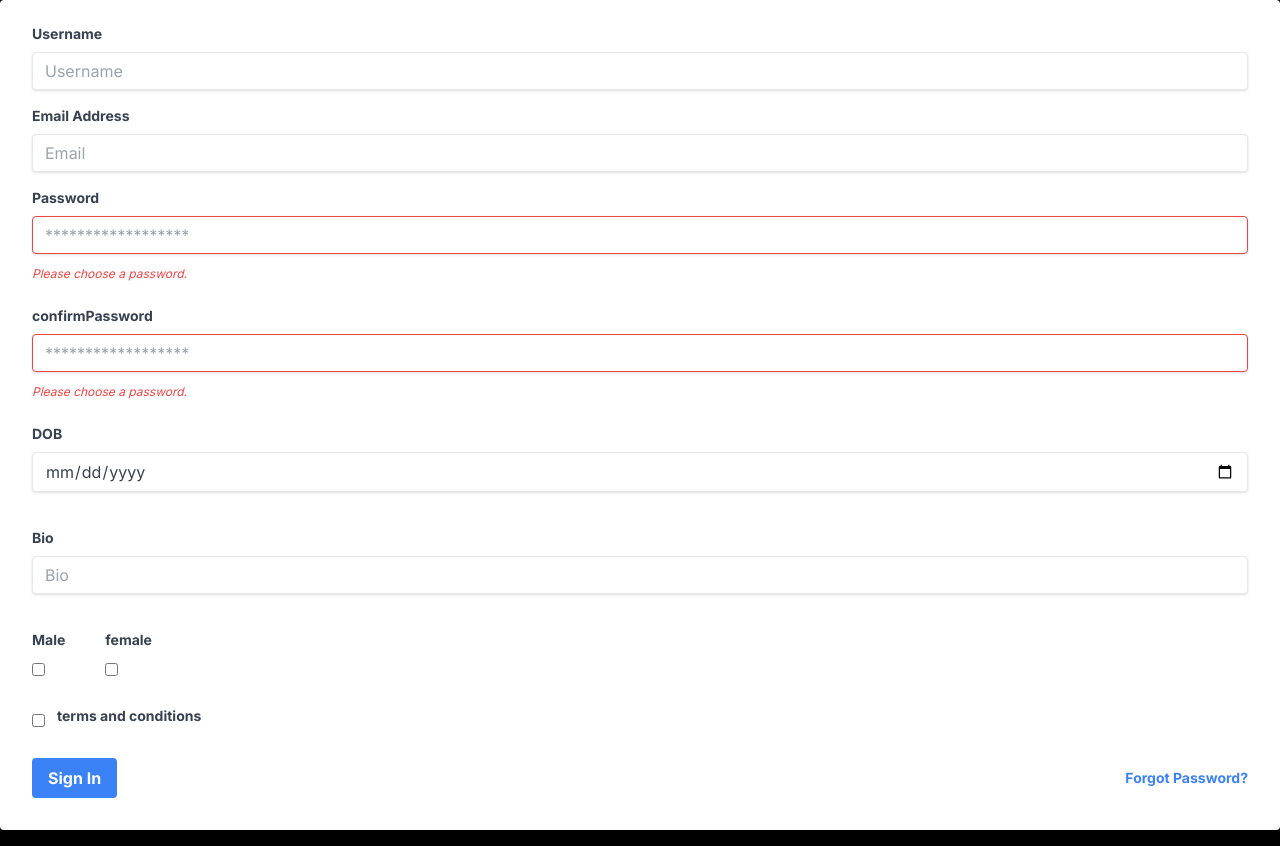
Repository: uh-sman/tiktok-card
Page: /
The author's editor kept a copy of each file at every save. The page is drawn from the files as they stood at one save, then again after the next save.
The browser window is 1280 px wide. The pictures show the whole page.
The project was rebuilt for these pictures with package versions that can differ from the ones it lists, and the page was loaded fresh each time. The framework's server and built-in components were replaced by stand-ins that run in the browser. Also part of the build but not shown: next.config.js.

Above is the page before, as saved 2023-12-19 12:59:33.

### app/page.tsx
'use client'
import Input from "./components/Input";
import { FieldValues, SubmitHandler, useForm } from "react-hook-form";
export default function Home() {
  type FormValues = {
    Username: string,
    email: string,
    password: string,
  }
  // const { register, handleSubmit, reset } = useForm<FieldValues>({
  //   defaultValues: {
  //     Username: "",
  //     email: '',
  //     password: '',
  //     confirmPassword: '',
  //     DateOfBirth: '',
  //     Bio: '',
  //     gender: '',
  //     termsAndConditions: ''
  //   }
  // })

  const { register, handleSubmit, reset } = useForm<FormValues>()
  const onSubmit: SubmitHandler<FormValues> = (data) => console.log('data',data)
  // const onSubmit: SubmitHandler<FieldValues> = (values) => {
  //   console.log('data', values)
  // }

  return (
    <div className="bg-black w-screen flex justify-center items-center h-full">
      {/* <div className="flex justify-center"> */}
      <div className="flex justify-center  w-full flex-col">
      <form className="bg-white shadow-md rounded px-8 pt-6 pb-8 mb-4" onSubmit={handleSubmit(onSubmit)}>
    <div className="mb-4">
      <label className="block text-gray-700 text-sm font-bold mb-2" htmlFor="username">
        Username
      </label>
      <Input onChange={() => {}} className="shadow appearance-none border rounded w-full py-2 px-3 text-gray-700 leading-tight focus:outline-none focus:shadow-outline" id="username" type="text" placeholder="Username" />
    </div>
    <div className="mb-4">
      <label className="block text-gray-700 text-sm font-bold mb-2" htmlFor="Email">
        Email Address
      </label>
      <Input onChange={() => {}} className="shadow appearance-none border rounded w-full py-2 px-3 text-gray-700 leading-tight focus:outline-none focus:shadow-outline" id="email" type="email" placeholder="Email" />
    </div>
    <div className="mb-6">
      <label className="block text-gray-700 text-sm font-bold mb-2" htmlFor="Password">
        Password
      </label>
      <Input onChange={() => {}} className="shadow appearance-none border border-red-500 rounded w-full py-2 px-3 text-gray-700 mb-3 leading-tight focus:outline-none focus:shadow-outline" id="password" type="password" placeholder="******************" />
      <p className="text-red-500 text-xs italic">Please choose a password.</p>
    </div>
    <div className="mb-6">
      <label className="block text-gray-700 text-sm font-bold mb-2" htmlFor="conFirmPassword">
        confirmPassword
      </label>
      <Input onChange={() => {}} className="shadow appearance-none border border-red-500 rounded w-full py-2 px-3 text-gray-700 mb-3 leading-tight focus:outline-none focus:shadow-outline" id="confirmPassword" type="password" placeholder="******************" />
      <p className="text-red-500 text-xs italic">Please choose a password.</p>
    </div>
    <div className="mb-6">
      <label className="block text-gray-700 text-sm font-bold mb-2" htmlFor="password">
        DOB
      </label>
      <Input onChange={() => {}} className="shadow appearance-none border rounded w-full py-2 px-3 text-gray-700 mb-3 leading-tight focus:outline-none focus:shadow-outline" id="DateOfBirth" type="date" placeholder="DOB" />
      {/* <p className="text-red-500 text-xs italic">Please confirm your password.</p> */}
    </div>
    <div className="mb-6">
      <label className="block text-gray-700 text-sm font-bold mb-2" htmlFor="password">
        Bio
      </label>
      <Input onChange={() => {}} className="shadow appearance-none border rounded w-full py-2 px-3 text-gray-700 mb-3 leading-tight focus:outline-none focus:shadow-outline" id="Bio" type="text" placeholder="Bio" />
      {/* <p className="text-red-500 text-xs italic">Please confirm your password.</p> */}
    </div>
    <div className="mb-6">
      <div className="flex gap-10">
        <div className="">
        <label className="block text-gray-700 text-sm font-bold mb-2" htmlFor="gender">
        Male
      </label>
      <Input onChange={() => {}} className="" id="male" type="checkbox" placeholder="male" />
        </div>
        <div className="">
          <label className="block text-gray-700 text-sm font-bold mb-2" htmlFor="gender">
            female
          </label>
      <Input className="" onChange={() => {}}  id="female" type="checkbox" placeholder="female" />
        </div>
      </div>
    </div>
    <div className="mb-6 flex items-center gap-x-3">
      <Input onChange={() => {}} className="" id="terms" type="checkbox" placeholder="terms and conditions" />
      <label className="block text-gray-700 text-sm font-bold mb-2" htmlFor="password">
        terms and conditions
      </label>
      {/* <p className="text-red-500 text-xs italic">Please confirm your password.</p> */}
    </div>
    <div className="flex items-center justify-between">
      <button className="bg-blue-500 hover:bg-blue-700 text-white font-bold py-2 px-4 rounded focus:outline-none focus:shadow-outline" type="button">
        Sign In
      </button>
      <a className="inline-block align-baseline font-bold text-sm text-blue-500 hover:text-blue-800" href="#">
        Forgot Password?
      </a>
    </div>
  </form>

      </div>
      {/* </div> */}
    </div>
  );
}



{/* <form class="max-w-sm mx-auto">
  <div class="mb-5">
    <label for="email" class="block mb-2 text-sm font-medium text-gray-900 dark:text-white">Your email</label>
    <input type="email" id="email" class="bg-gray-50 border border-gray-300 text-gray-900 text-sm rounded-lg focus:ring-blue-500 focus:border-blue-500 block w-full p-2.5 dark:bg-gray-700 dark:border-gray-600 dark:placeholder-gray-400 dark:text-white dark:focus:ring-blue-500 dark:focus:border-blue-500" placeholder="name@flowbite.com" required>
  </div>
  <div class="mb-5">
    <label for="password" class="block mb-2 text-sm font-medium text-gray-900 dark:text-white">Your password</label>
    <input type="password" id="password" class="bg-gray-50 border border-gray-300 text-gray-900 text-sm rounded-lg focus:ring-blue-500 focus:border-blue-500 block w-full p-2.5 dark:bg-gray-700 dark:border-gray-600 dark:placeholder-gray-400 dark:text-white dark:focus:ring-blue-500 dark:focus:border-blue-500" required>
  </div>
  <div class="flex items-start mb-5">
    <div class="flex items-center h-5">
      <input id="remember" type="checkbox" value="" class="w-4 h-4 border border-gray-300 rounded bg-gray-50 focus:ring-3 focus:ring-blue-300 dark:bg-gray-700 dark:border-gray-600 dark:focus:ring-blue-600 dark:ring-offset-gray-800 dark:focus:ring-offset-gray-800" required>
    </div>
    <label for="remember" class="ms-2 text-sm font-medium text-gray-900 dark:text-gray-300">Remember me</label>
  </div>
  <button type="submit" class="text-white bg-blue-700 hover:bg-blue-800 focus:ring-4 focus:outline-none focus:ring-blue-300 font-medium rounded-lg text-sm w-full sm:w-auto px-5 py-2.5 text-center dark:bg-blue-600 dark:hover:bg-blue-700 dark:focus:ring-blue-800">Submit</button>
</form> */}

### app/components/Input.tsx

type InputType = "text" | "password" | "file" | "email" | 'date' | 'checkbox' | "radio"

interface InputProps {
    id: string;
    className: string;
    placeholder: string;
    type: InputType;
    onChange: (value: string, file?: File ) => void;
}

const Input: React.FC<InputProps> = ({
    id,
    className,
    placeholder,
    type,
    onChange
}) => {
    const handleChange = (event: React.ChangeEvent<HTMLInputElement>) => {
        const { value, files } = event.target;
        if (type === 'file' && files) {
            onChange(value, files[0]);
        } else {
            onChange(value);
        }
    };

    return (
        <input
            id={id}
            className={className}
            placeholder={placeholder}
            type={type}
            onChange={handleChange}
        />
    );
};


export default Input;

Loaded but not shown: app/layout.tsx (common file); app/globals.css (common file); tailwind.config.ts (common file)

After the next save:
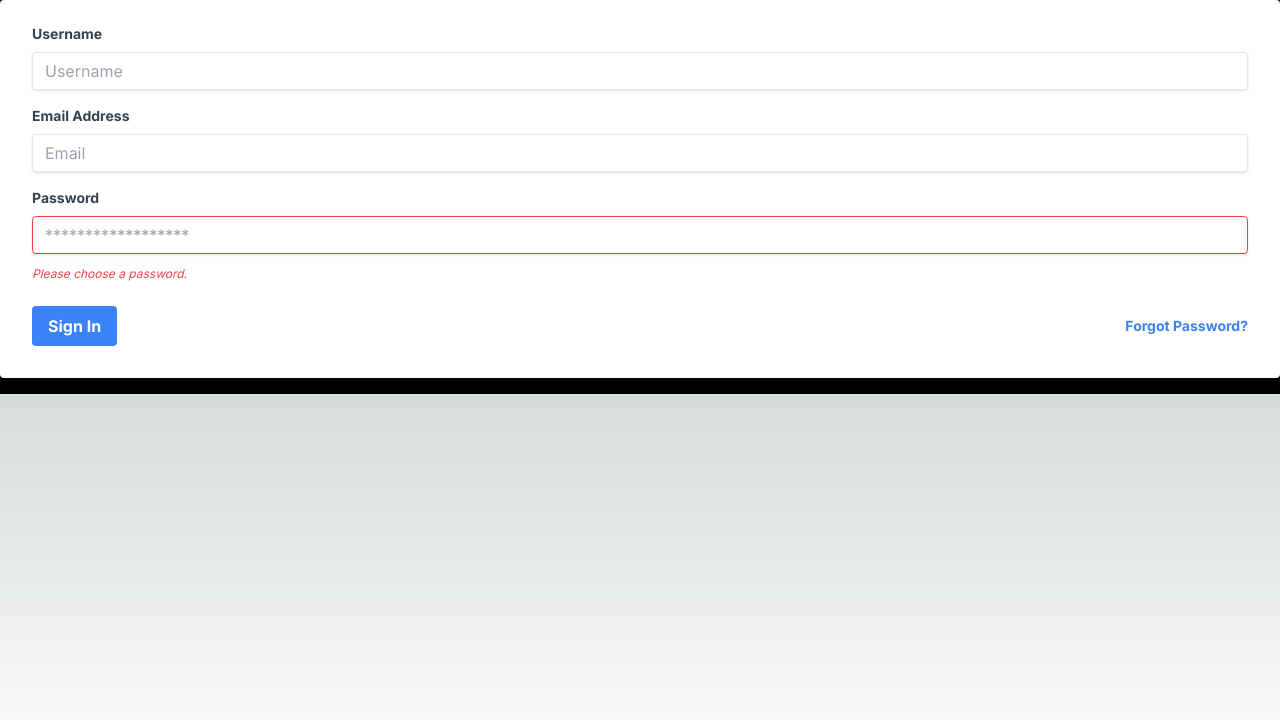
Saved 8 min 23 s later.
--- a/app/page.tsx
+++ b/app/page.tsx
@@ -50,50 +50,6 @@ export default function Home() {
       <Input onChange={() => {}} className="shadow appearance-none border border-red-500 rounded w-full py-2 px-3 text-gray-700 mb-3 leading-tight focus:outline-none focus:shadow-outline" id="password" type="password" placeholder="******************" />
       <p className="text-red-500 text-xs italic">Please choose a password.</p>
     </div>
-    <div className="mb-6">
-      <label className="block text-gray-700 text-sm font-bold mb-2" htmlFor="conFirmPassword">
-        confirmPassword
-      </label>
-      <Input onChange={() => {}} className="shadow appearance-none border border-red-500 rounded w-full py-2 px-3 text-gray-700 mb-3 leading-tight focus:outline-none focus:shadow-outline" id="confirmPassword" type="password" placeholder="******************" />
-      <p className="text-red-500 text-xs italic">Please choose a password.</p>
-    </div>
-    <div className="mb-6">
-      <label className="block text-gray-700 text-sm font-bold mb-2" htmlFor="password">
-        DOB
-      </label>
-      <Input onChange={() => {}} className="shadow appearance-none border rounded w-full py-2 px-3 text-gray-700 mb-3 leading-tight focus:outline-none focus:shadow-outline" id="DateOfBirth" type="date" placeholder="DOB" />
-      {/* <p className="text-red-500 text-xs italic">Please confirm your password.</p> */}
-    </div>
-    <div className="mb-6">
-      <label className="block text-gray-700 text-sm font-bold mb-2" htmlFor="password">
-        Bio
-      </label>
-      <Input onChange={() => {}} className="shadow appearance-none border rounded w-full py-2 px-3 text-gray-700 mb-3 leading-tight focus:outline-none focus:shadow-outline" id="Bio" type="text" placeholder="Bio" />
-      {/* <p className="text-red-500 text-xs italic">Please confirm your password.</p> */}
-    </div>
-    <div className="mb-6">
-      <div className="flex gap-10">
-        <div className="">
-        <label className="block text-gray-700 text-sm font-bold mb-2" htmlFor="gender">
-        Male
-      </label>
-      <Input onChange={() => {}} className="" id="male" type="checkbox" placeholder="male" />
-        </div>
-        <div className="">
-          <label className="block text-gray-700 text-sm font-bold mb-2" htmlFor="gender">
-            female
-          </label>
-      <Input className="" onChange={() => {}}  id="female" type="checkbox" placeholder="female" />
-        </div>
-      </div>
-    </div>
-    <div className="mb-6 flex items-center gap-x-3">
-      <Input onChange={() => {}} className="" id="terms" type="checkbox" placeholder="terms and conditions" />
-      <label className="block text-gray-700 text-sm font-bold mb-2" htmlFor="password">
-        terms and conditions
-      </label>
-      {/* <p className="text-red-500 text-xs italic">Please confirm your password.</p> */}
-    </div>
     <div className="flex items-center justify-between">
       <button className="bg-blue-500 hover:bg-blue-700 text-white font-bold py-2 px-4 rounded focus:outline-none focus:shadow-outline" type="button">
         Sign In
